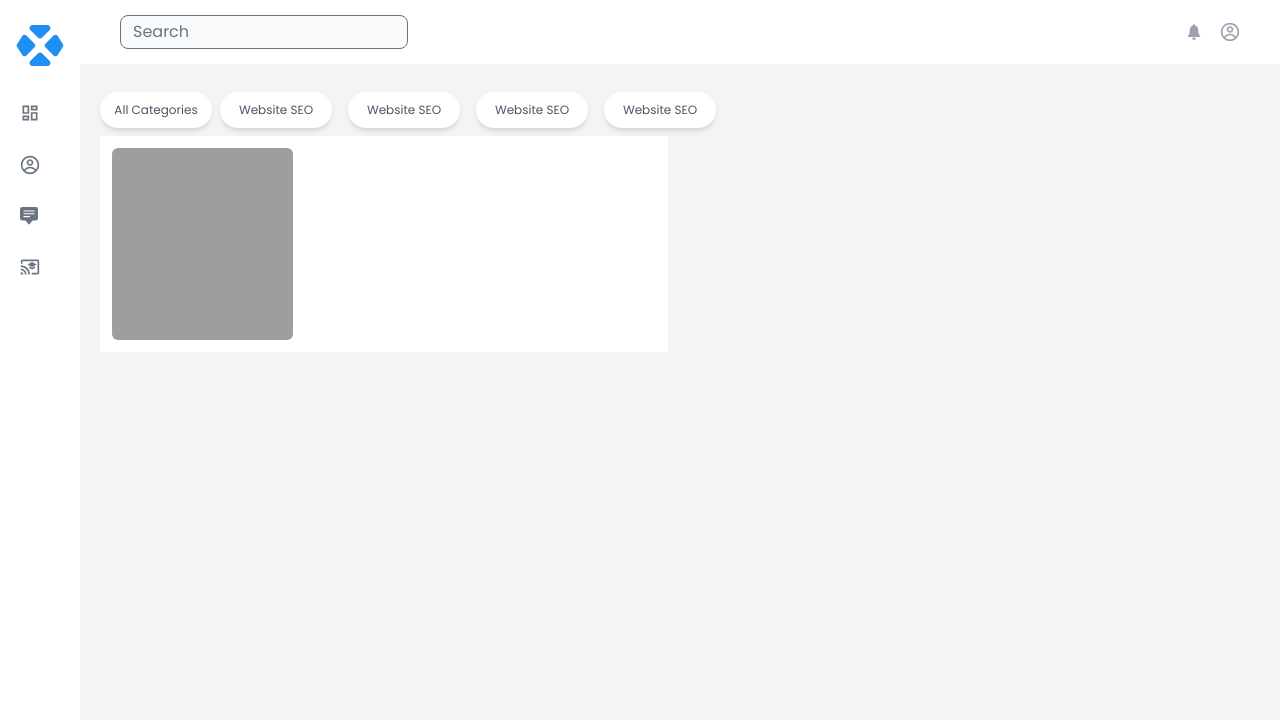
Repository: Shamraiz761/Frontend-Assessment
Page: /marketplace
An editor plug-in stored every save of this project. The page is shown before and after the next save, followed by the edit.
The browser window is 1280 px wide. The pictures show the whole page.
Pictures or frames that could not be fetched are drawn as grey boxes. The project was rebuilt for these pictures with package versions that can differ from the ones it lists, and the page was loaded fresh each time. Also part of the build but not shown: vite.config.js, src/routes/root.jsx, src/components/chat/userChat.jsx, src/pages/chat/index.jsx, src/pages/orders/index.jsx, src/pages/submission/index.jsx, src/pages/admin/index.css, src/components/admin/card.jsx and 2 more. Imported but missing from the stored project, and not drawn on this page: src/pages/auth/login, src/pages/tasks, src/routes/profileLayout.

Above is the page before, as saved 2023-06-15 10:52:03.

After the next save:
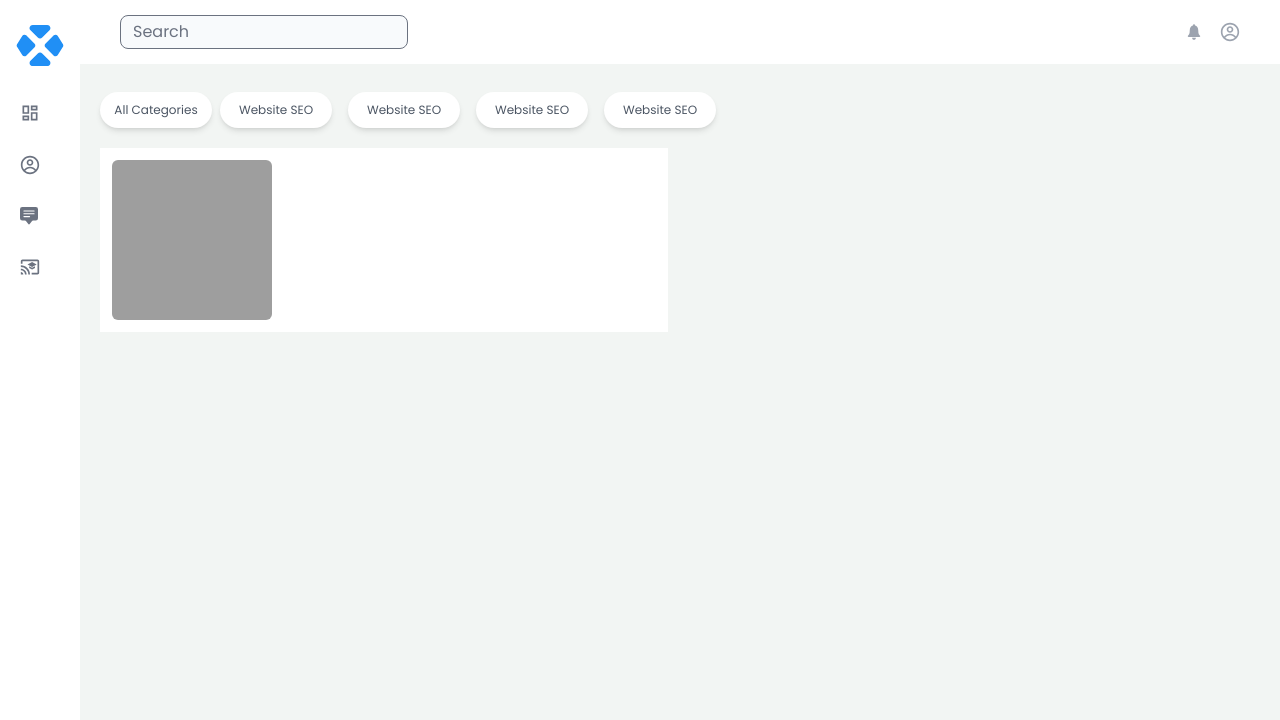
Saved 53 s later.
--- a/src/pages/marketplace/index.jsx
+++ b/src/pages/marketplace/index.jsx
@@ -20,9 +20,9 @@ function MarketPlace() {
           Website SEO
         </button>
       </div>
-      <div className="grid grid-cols-1 md:grid-cols-2 gap-6">
+      <div className="grid grid-cols-1 md:grid-cols-2 gap-6 my-3">
         <div className="bg-white p-3 grid grid-cols-3 ">
-          <img src={imgC} className="w-48 h-48 rounded-md" />
+          <img src={imgC} className="w-40 h-40 rounded-md" />
         </div>
       </div>
     </div>
